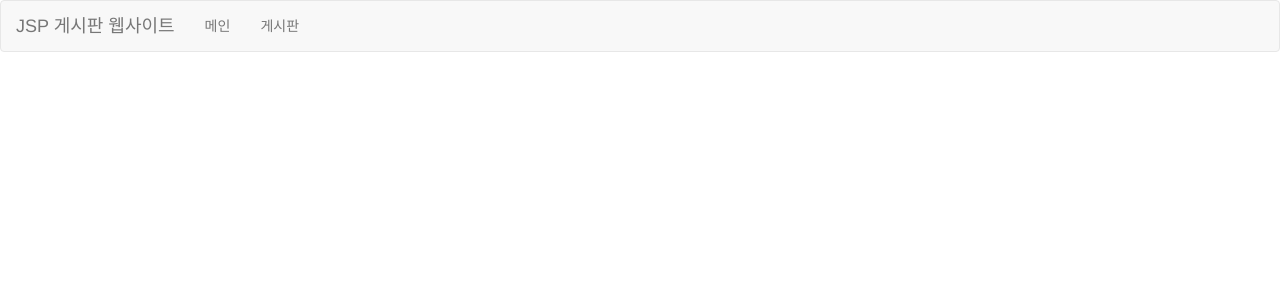
Repository: gyuwanc1/Board_Jsp
Page: http://localhost/BBS/join.jsp
These files come from the project's save history. The page is drawn as it stood at one moment and after the next save; the edit follows.
The browser window is 1280 px wide. The pictures show the whole page.
Some web libraries are served in a nearby version. The page is served by Tomcat 9.

Above is the page before, as saved 2024-01-16 06:56:12.

After the next save:
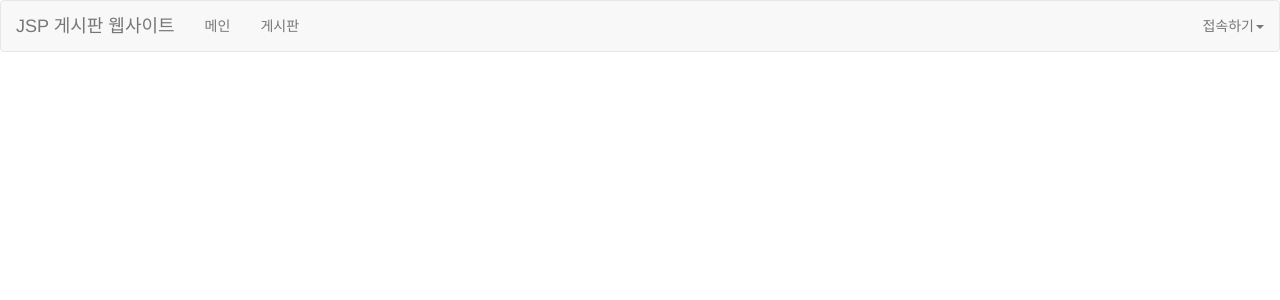
Saved 3 min 50 s later.
--- a/BBS/WebContent/join.jsp
+++ b/BBS/WebContent/join.jsp
@@ -26,6 +26,15 @@
 				<li><a href="main.jsp">메인</a></li>
 				<li><a href="bbs.jsp">게시판</a></li>
 			</ul>
+			<ul class="nav navbar-nav navbar-right">
+				<li class="dropdown">
+					<a href="#" class="dropdown-toggle"
+						data-toggle="dropdown" role="button" aria-haspopup="true"
+						aria-expanded="false">접속하기<span class="caret"></span></a>
+				</li>
+			</ul>
+
+
 		</div>
 	</nav>
 
